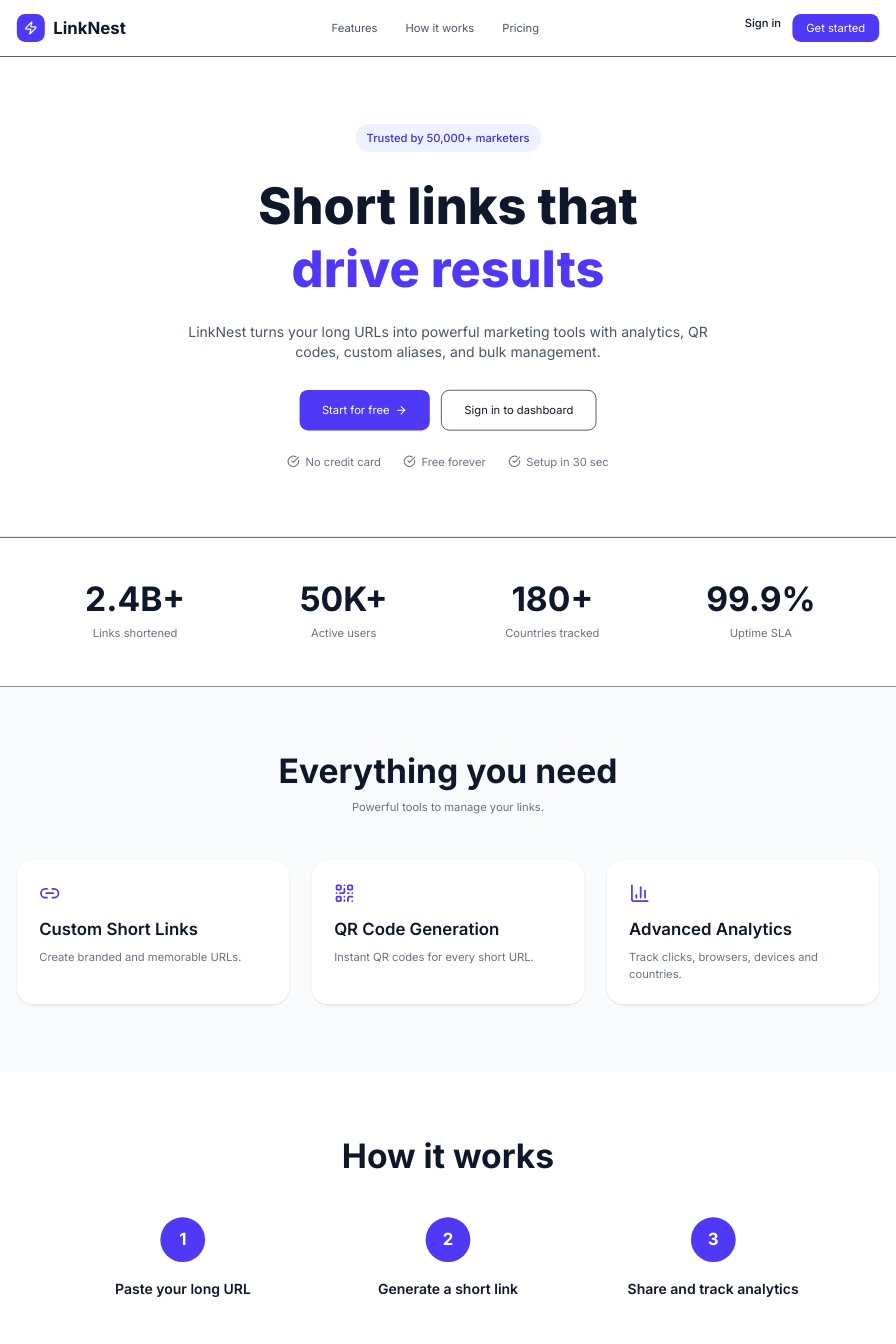
Repository: kiran2k5-ai/Url-Short
Page: / (app in url-shortener-frontend/)
An editor plug-in stored every save of this project. The page is shown before and after the next save, followed by the edit.
The browser window is 1280 px wide. The pictures show the part of the page from y = 0 to 1920 px (the page is 3589 px tall), at 70% of full size.
The page's requests for data from a server got no answer. The project was rebuilt for these pictures with package versions that can differ from the ones it lists, and the page was loaded fresh each time. No one was signed in, and anything a server would have sent is missing. Also part of the build but not shown: url-shortener-frontend/vite.config.js, url-shortener-frontend/src/services/api.js, url-shortener-frontend/src/services/authService.js, url-shortener-frontend/src/pages/Login.jsx, url-shortener-frontend/src/pages/Signup.jsx, url-shortener-frontend/src/api.js, url-shortener-frontend/src/context/AuthContext.jsx, url-shortener-frontend/src/pages/Dashboard.jsx and 1 more.

Above is the page before, as saved 2026-06-03 15:30:22.

### url-shortener-frontend/index.html
<!doctype html>
<html lang="en">
  <head>
    <meta charset="UTF-8" />
    <link rel="icon" type="image/svg+xml" href="/favicon.svg" />
    <meta name="viewport" content="width=device-width, initial-scale=1.0" />
    <title>url-shortener-frontend</title>
  </head>
  <body>
    <div id="root"></div>
    <script type="module" src="/src/main.jsx"></script>
  </body>
</html>

### url-shortener-frontend/src/main.jsx
import React from "react";
import ReactDOM from "react-dom/client";
import { BrowserRouter } from "react-router-dom";
import { Toaster } from "react-hot-toast";

import App from "./App";
import "./index.css";

ReactDOM.createRoot(document.getElementById("root")).render(
    <React.StrictMode>
        <BrowserRouter>
            <App />
            <Toaster position="top-right" />
        </BrowserRouter>
    </React.StrictMode>
);

### url-shortener-frontend/src/App.jsx
import Login from "./pages/Login";
import Signup from "./pages/Signup";
import Dashboard from "./pages/Dashboard";
import Landing from "./pages/Landing";

import ProtectedRoute
from "./components/ProtectedRoute";

import {
    Routes,
    Route
} from "react-router-dom";

function App() {

    return (
        <Routes>

            <Route
                path="/login"
                element={<Login />}
            />
            <Route path="/" element={<Landing />} />
            <Route
                path="/signup"
                element={<Signup />}
            />

            <Route
                path="/dashboard"
                element={
                    <ProtectedRoute>
                        <Dashboard />
                    </ProtectedRoute>
                }
            />

        </Routes>
    );
}

export default App;

### url-shortener-frontend/src/index.css
@import url('https://fonts.googleapis.com/css2?family=Inter:wght@300;400;500;600;700;800&display=swap');

@import "tailwindcss";

body {
    font-family: 'Inter', sans-serif;
    -webkit-font-smoothing: antialiased;
    -moz-osx-font-smoothing: grayscale;
}

### url-shortener-frontend/src/pages/Landing.jsx
import Navbar from "../components/Navbar";
import Hero from "../components/Hero";
import Stats from "../components/Stats";
import Features from "../components/Features";
import HowItWorks from "../components/HowItWorks";
import Testimonials from "../components/Testimonials";
import Pricing from "../components/Pricing";
import CTA from "../components/CTA";
import Footer from "../components/Footer";

function Landing() {
    return (
        <div className="bg-white text-slate-900">

            <Navbar />

            <Hero />

            <Stats />

            <Features />

            <HowItWorks />

            <Testimonials />

            <Pricing />

            <CTA />

            <Footer />

        </div>
    );
}

export default Landing;

### url-shortener-frontend/src/components/Navbar.jsx
import { Link } from "react-router-dom";
import { Zap } from "lucide-react";

function Navbar() {
    return (
        <nav className="sticky top-0 z-50 bg-white border-b">
            <div className="max-w-7xl mx-auto px-6 h-20 flex items-center justify-between">

                <div className="flex items-center gap-3">
                    <div className="h-10 w-10 rounded-xl bg-indigo-600 flex items-center justify-center">
                        <Zap size={20} className="text-white" />
                    </div>

                    <h1 className="text-2xl font-bold">
                        LinkNest
                    </h1>
                </div>

                <div className="hidden md:flex gap-10 text-gray-600">
                    <a href="#features">Features</a>
                    <a href="#how">How it works</a>
                    <a href="#pricing">Pricing</a>
                </div>

                <div className="flex gap-4">
                    <Link
                        to="/login"
                        className="font-medium"
                    >
                        Sign in
                    </Link>

                    <Link
                        to="/signup"
                        className="bg-indigo-600 text-white px-5 py-2 rounded-xl"
                    >
                        Get started
                    </Link>
                </div>

            </div>
        </nav>
    );
}

export default Navbar;

### url-shortener-frontend/src/components/Hero.jsx
import { ArrowRight, CheckCircle } from "lucide-react";
import { Link } from "react-router-dom";
import { motion } from "framer-motion";

function Hero() {
    return (
        <section className="py-24">

            <div className="max-w-5xl mx-auto px-6 text-center">

                <div className="inline-flex px-4 py-2 rounded-full bg-indigo-50 text-indigo-700 font-medium">
                    Trusted by 50,000+ marketers
                </div>

                <motion.h1
                    initial={{
                        opacity: 0,
                        y: 40
                    }}
                    animate={{
                        opacity: 1,
                        y: 0
                    }}
                    transition={{
                        duration: 0.8
                    }}
                    className="text-6xl md:text-7xl font-extrabold mt-8 leading-tight"
                >
                    Short links that
                    <br />
                    <span className="text-indigo-600">
                        drive results
                    </span>
                </motion.h1>

                <p className="max-w-3xl mx-auto mt-8 text-xl text-gray-600">
                    LinkNest turns your long URLs into powerful
                    marketing tools with analytics, QR codes,
                    custom aliases, and bulk management.
                </p>

                <div className="flex flex-wrap justify-center gap-4 mt-10">

                    <Link
                        to="/signup"
                        className="bg-indigo-600 text-white px-8 py-4 rounded-xl flex items-center gap-2"
                    >
                        Start for free
                        <ArrowRight size={18} />
                    </Link>

                    <Link
                        to="/login"
                        className="border px-8 py-4 rounded-xl"
                    >
                        Sign in to dashboard
                    </Link>

                </div>

                    <div className="flex justify-center gap-8 mt-8 text-gray-500">

                    <span className="flex items-center gap-2">
                        <CheckCircle size={18} />
                        No credit card
                    </span>

                    <span className="flex items-center gap-2">
                        <CheckCircle size={18} />
                        Free forever
                    </span>

                    <span className="flex items-center gap-2">
                        <CheckCircle size={18} />
                        Setup in 30 sec
                    </span>

                </div>

            </div>

        </section>
    );
}

export default Hero;

### url-shortener-frontend/src/components/Stats.jsx
function Stats() {

    const stats = [
        ["2.4B+", "Links shortened"],
        ["50K+", "Active users"],
        ["180+", "Countries tracked"],
        ["99.9%", "Uptime SLA"]
    ];

    return (
        <section className="border-y py-16">

            <div className="max-w-6xl mx-auto grid md:grid-cols-4 gap-10 text-center">

                {stats.map((item, index) => (
                    <div key={index}>
                        <h2 className="text-5xl font-bold">
                            {item[0]}
                        </h2>

                        <p className="mt-3 text-gray-500">
                            {item[1]}
                        </p>
                    </div>
                ))}

            </div>

        </section>
    );
}

export default Stats;

### url-shortener-frontend/src/components/Features.jsx
import {
    Link2,
    QrCode,
    BarChart3
} from "lucide-react";

function Features() {

    const features = [
        {
            icon: <Link2 size={30} />,
            title: "Custom Short Links",
            description:
                "Create branded and memorable URLs."
        },
        {
            icon: <QrCode size={30} />,
            title: "QR Code Generation",
            description:
                "Instant QR codes for every short URL."
        },
        {
            icon: <BarChart3 size={30} />,
            title: "Advanced Analytics",
            description:
                "Track clicks, browsers, devices and countries."
        }
    ];

    return (
        <section
            id="features"
            className="py-24 bg-slate-50"
        >
            <div className="max-w-7xl mx-auto px-6">

                <h2 className="text-5xl font-bold text-center">
                    Everything you need
                </h2>

                <p className="text-center text-gray-500 mt-4">
                    Powerful tools to manage your links.
                </p>

                <div className="grid md:grid-cols-3 gap-8 mt-16">

                    {features.map((feature, index) => (
                        <div
                            key={index}
                            className="bg-white p-8 rounded-3xl shadow-sm"
                        >
                            <div className="text-indigo-600">
                                {feature.icon}
                            </div>

                            <h3 className="mt-5 text-2xl font-semibold">
                                {feature.title}
                            </h3>

                            <p className="mt-3 text-gray-500">
                                {feature.description}
                            </p>
                        </div>
                    ))}

                </div>

            </div>
        </section>
    );
}

export default Features;

### url-shortener-frontend/src/components/HowItWorks.jsx
function HowItWorks() {

    const steps = [
        "Paste your long URL",
        "Generate a short link",
        "Share and track analytics"
    ];

    return (
        <section
            id="how"
            className="py-24"
        >
            <div className="max-w-6xl mx-auto px-6">

                <h2 className="text-5xl font-bold text-center">
                    How it works
                </h2>

                <div className="grid md:grid-cols-3 gap-8 mt-16">

                    {steps.map((step, index) => (
                        <div
                            key={index}
                            className="text-center"
                        >
                            <div className="w-16 h-16 bg-indigo-600 text-white rounded-full flex items-center justify-center mx-auto text-2xl font-bold">
                                {index + 1}
                            </div>

                            <h3 className="mt-6 text-xl font-semibold">
                                {step}
                            </h3>
                        </div>
                    ))}

                </div>

            </div>
        </section>
    );
}

export default HowItWorks;

### url-shortener-frontend/src/components/Testimonials.jsx
function Testimonials() {

    return (
        <section className="py-24 bg-slate-50">

            <div className="max-w-6xl mx-auto px-6">

                <h2 className="text-5xl font-bold text-center">
                    Loved by teams
                </h2>

                <div className="grid md:grid-cols-3 gap-8 mt-16">

                    <div className="bg-white p-8 rounded-3xl">
                        <p>
                            "The best URL shortener
                            we've ever used."
                        </p>

                        <h4 className="mt-5 font-semibold">
                            Sarah Johnson
                        </h4>
                    </div>

                    <div className="bg-white p-8 rounded-3xl">
                        <p>
                            "Analytics are incredible."
                        </p>

                        <h4 className="mt-5 font-semibold">
                            David Lee
                        </h4>
                    </div>

                    <div className="bg-white p-8 rounded-3xl">
                        <p>
                            "Perfect for marketing teams."
                        </p>

                        <h4 className="mt-5 font-semibold">
                            Michael Chen
                        </h4>
                    </div>

                </div>

            </div>

        </section>
    );
}

export default Testimonials;

### url-shortener-frontend/src/components/Pricing.jsx
function Pricing() {

    return (
        <section
            id="pricing"
            className="py-24"
        >

            <div className="max-w-5xl mx-auto px-6 text-center">

                <h2 className="text-5xl font-bold">
                    Simple Pricing
                </h2>

                <div className="mt-16 bg-white border rounded-3xl p-12">

                    <h3 className="text-3xl font-bold">
                        Free Forever
                    </h3>

                    <p className="text-6xl font-bold mt-6">
                        ₹0
                    </p>

                    <ul className="mt-8 space-y-3 text-gray-600">
                        <li>Unlimited Short URLs</li>
                        <li>QR Code Generation</li>
                        <li>Analytics Dashboard</li>
                        <li>Bulk Upload</li>
                    </ul>

                </div>

            </div>

        </section>
    );
}

export default Pricing;

### url-shortener-frontend/src/components/CTA.jsx
import { Link } from "react-router-dom";

function CTA() {

    return (
        <section className="py-24 bg-indigo-600 text-white">

            <div className="max-w-5xl mx-auto px-6 text-center">

                <h2 className="text-5xl font-bold">
                    Ready to get started?
                </h2>

                <p className="mt-6 text-xl text-indigo-100">
                    Create your first short URL today.
                </p>

                <Link
                    to="/signup"
                    className="inline-block mt-8 bg-white text-indigo-600 px-8 py-4 rounded-xl font-semibold"
                >
                    Get Started Free
                </Link>

            </div>

        </section>
    );
}

export default CTA;

### url-shortener-frontend/src/components/Footer.jsx
function Footer() {

    return (
        <footer className="bg-slate-900 text-white py-10">

            <div className="max-w-7xl mx-auto px-6 flex flex-col md:flex-row justify-between">

                <h2 className="text-2xl font-bold">
                    LinkNest
                </h2>

                <p className="text-gray-400 mt-4 md:mt-0">
                    © 2026 LinkNest. All rights reserved.
                </p>

            </div>

        </footer>
    );
}

export default Footer;

After the next save:
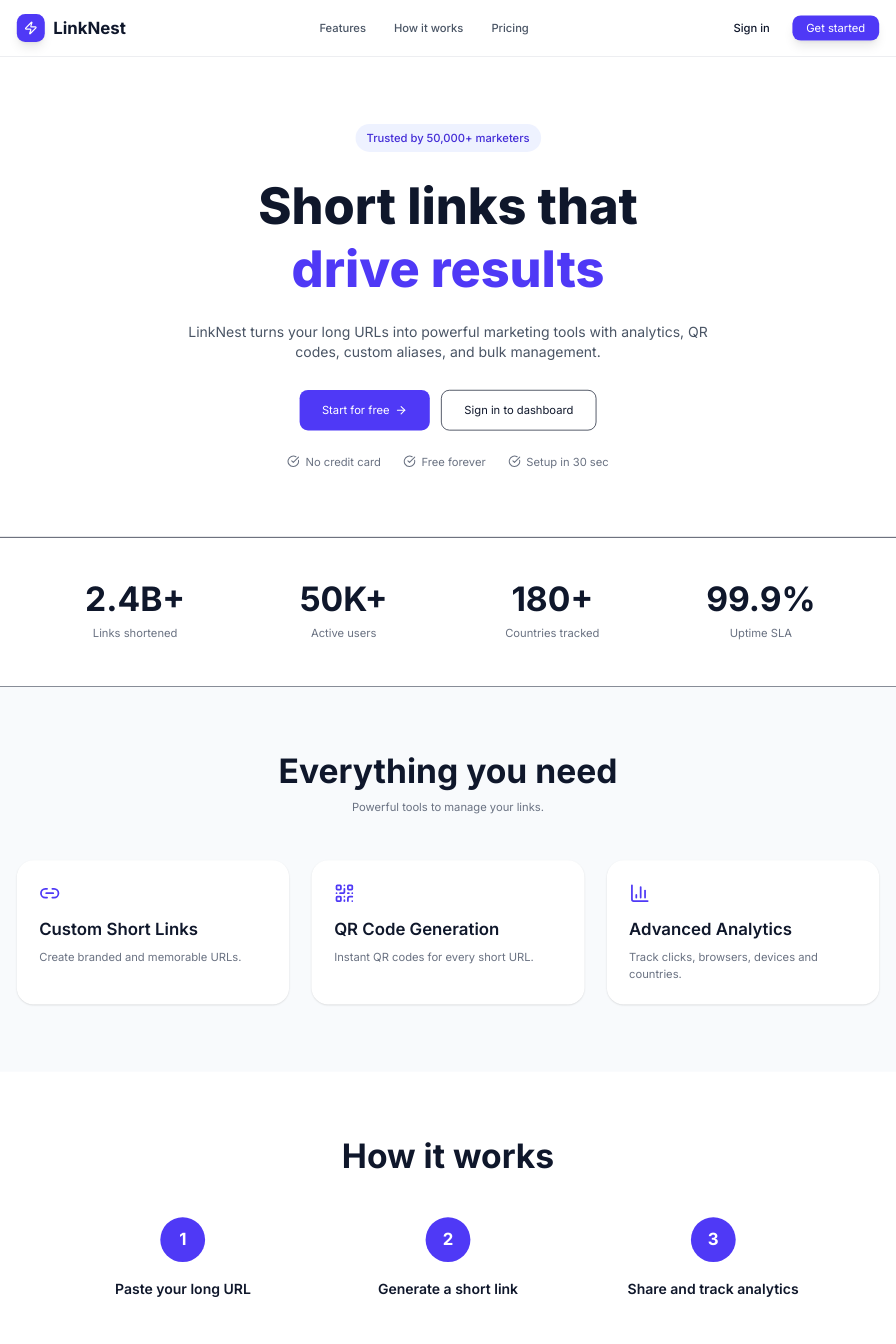
Saved 84 s later.
--- a/url-shortener-frontend/src/components/Navbar.jsx
+++ b/url-shortener-frontend/src/components/Navbar.jsx
@@ -1,45 +1,118 @@
 import { Link } from "react-router-dom";
 import { Zap } from "lucide-react";
+import { motion } from "framer-motion";
 
 function Navbar() {
     return (
-        <nav className="sticky top-0 z-50 bg-white border-b">
+        <motion.nav
+            initial={{
+                opacity: 0,
+                y: -40
+            }}
+            animate={{
+                opacity: 1,
+                y: 0
+            }}
+            transition={{
+                duration: 0.6
+            }}
+            className="sticky top-0 z-50 backdrop-blur-lg bg-white/80 border-b border-gray-200"
+        >
             <div className="max-w-7xl mx-auto px-6 h-20 flex items-center justify-between">
 
-                <div className="flex items-center gap-3">
-                    <div className="h-10 w-10 rounded-xl bg-indigo-600 flex items-center justify-center">
-                        <Zap size={20} className="text-white" />
-                    </div>
+                <motion.div
+                    whileHover={{
+                        scale: 1.05
+                    }}
+                    className="flex items-center gap-3 cursor-pointer"
+                >
+                    <motion.div
+                        whileHover={{
+                            rotate: 15
+                        }}
+                        transition={{
+                            duration: 0.3
+                        }}
+                        className="h-10 w-10 rounded-xl bg-indigo-600 flex items-center justify-center shadow-lg"
+                    >
+                        <Zap
+                            size={20}
+                            className="text-white"
+                        />
+                    </motion.div>
 
                     <h1 className="text-2xl font-bold">
                         LinkNest
                     </h1>
-                </div>
+                </motion.div>
 
                 <div className="hidden md:flex gap-10 text-gray-600">
-                    <a href="#features">Features</a>
-                    <a href="#how">How it works</a>
-                    <a href="#pricing">Pricing</a>
+
+                    {[
+                        "Features",
+                        "How it works",
+                        "Pricing"
+                    ].map((item, index) => (
+                        <motion.a
+                            key={index}
+                            href={
+                                item === "Features"
+                                    ? "#features"
+                                    : item === "Pricing"
+                                    ? "#pricing"
+                                    : "#how"
+                            }
+                            whileHover={{
+                                y: -2
+                            }}
+                            className="relative font-medium"
+                        >
+                            {item}
+
+                            <span className="absolute left-0 -bottom-1 w-0 h-[2px] bg-indigo-600 transition-all duration-300 hover:w-full"></span>
+                        </motion.a>
+                    ))}
+
                 </div>
 
                 <div className="flex gap-4">
-                    <Link
-                        to="/login"
-                        className="font-medium"
+
+                    <motion.div
+                        whileHover={{
+                            scale: 1.05
+                        }}
+                        whileTap={{
+                            scale: 0.95
+                        }}
                     >
-                        Sign in
-                    </Link>
+                        <Link
+                            to="/login"
+                            className="font-medium px-4 py-2 rounded-xl hover:bg-gray-100 transition"
+                        >
+                            Sign in
+                        </Link>
+                    </motion.div>
 
-                    <Link
-                        to="/signup"
-                        className="bg-indigo-600 text-white px-5 py-2 rounded-xl"
+                    <motion.div
+                        whileHover={{
+                            scale: 1.05
+                        }}
+                        whileTap={{
+                            scale: 0.95
+                        }}
                     >
-                        Get started
-                    </Link>
+                        <Link
+                            to="/signup"
+                            className="bg-indigo-600 text-white px-5 py-2 rounded-xl shadow-lg hover:bg-indigo-700 transition"
+                        >
+                            Get started
+                        </Link>
+                    </motion.div>
+
                 </div>
 
             </div>
-        </nav>
+        </motion.nav>
     );
 }
 
